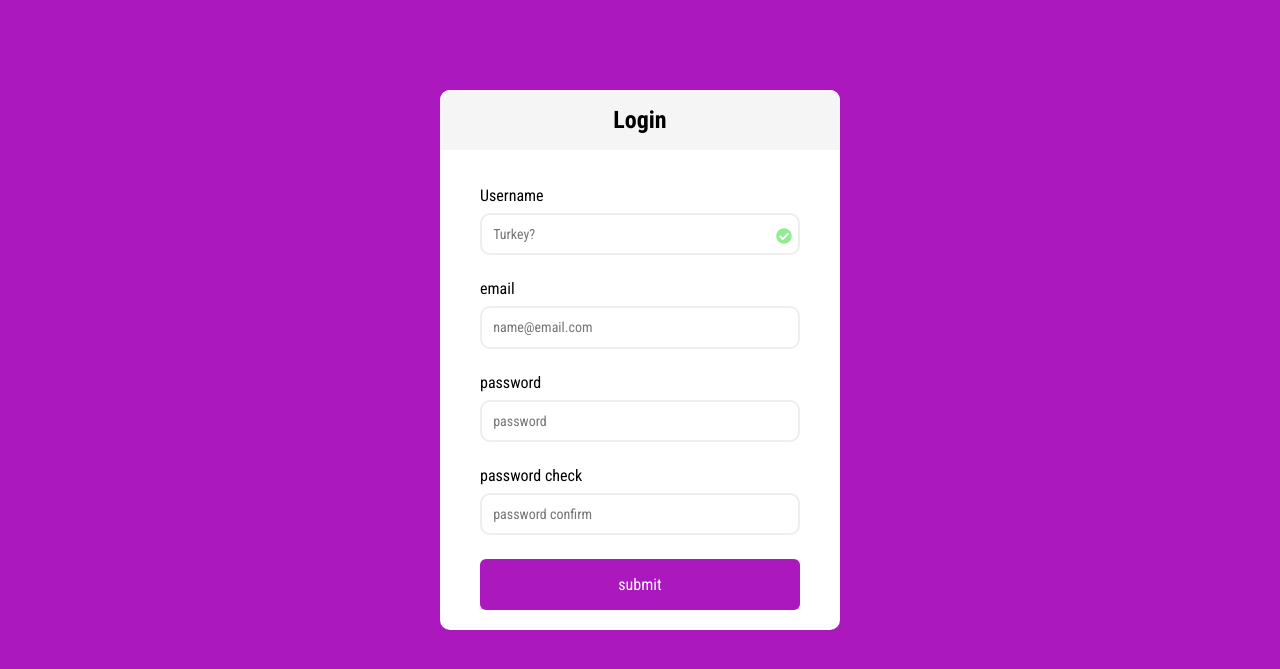
Repository: Abdoulrhman-altyeb/form-_validation-
Page: index.html
An editor plug-in stored every save of this project. The page is shown before and after the next save, followed by the edit.
The browser window is 1280 px wide. The pictures show the whole page.

Above is the page before, as saved 2021-05-23 20:58:23.

After the next save:
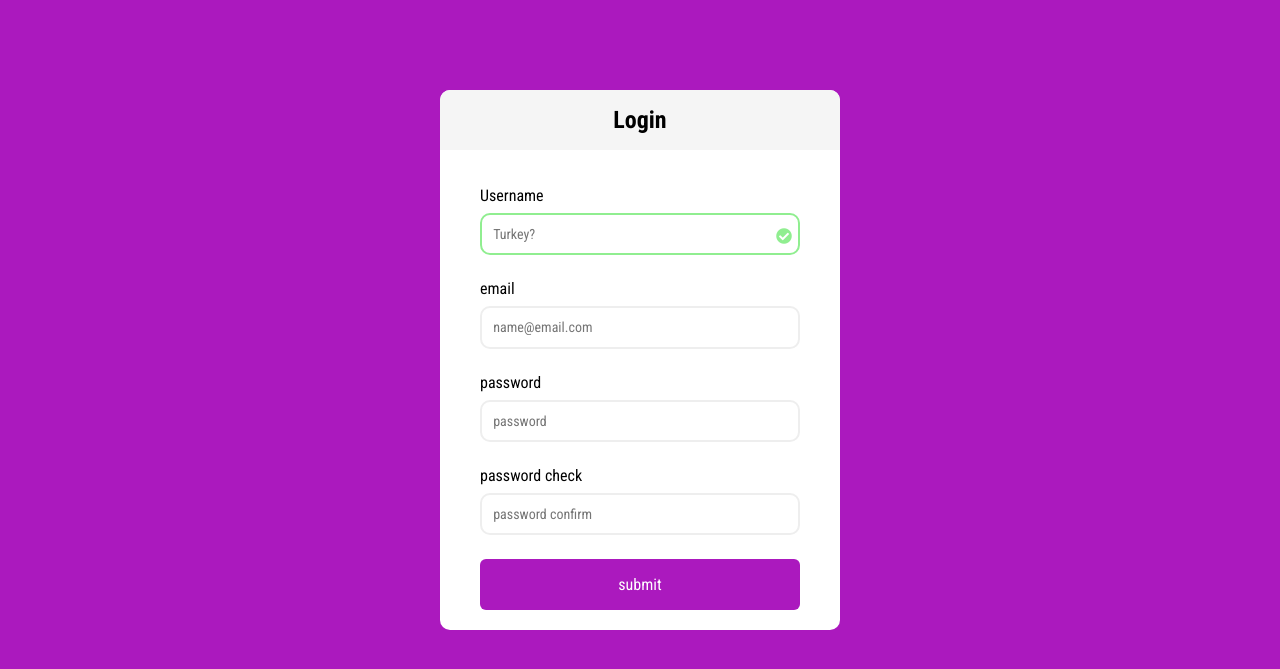
Saved 23 s later.
--- a/style.css
+++ b/style.css
@@ -76,3 +76,6 @@ body{
     visibility: visible;
     color:lightgreen;
 }
+.form-control.succes input {
+    border:2px solid lightgreen;
+}
